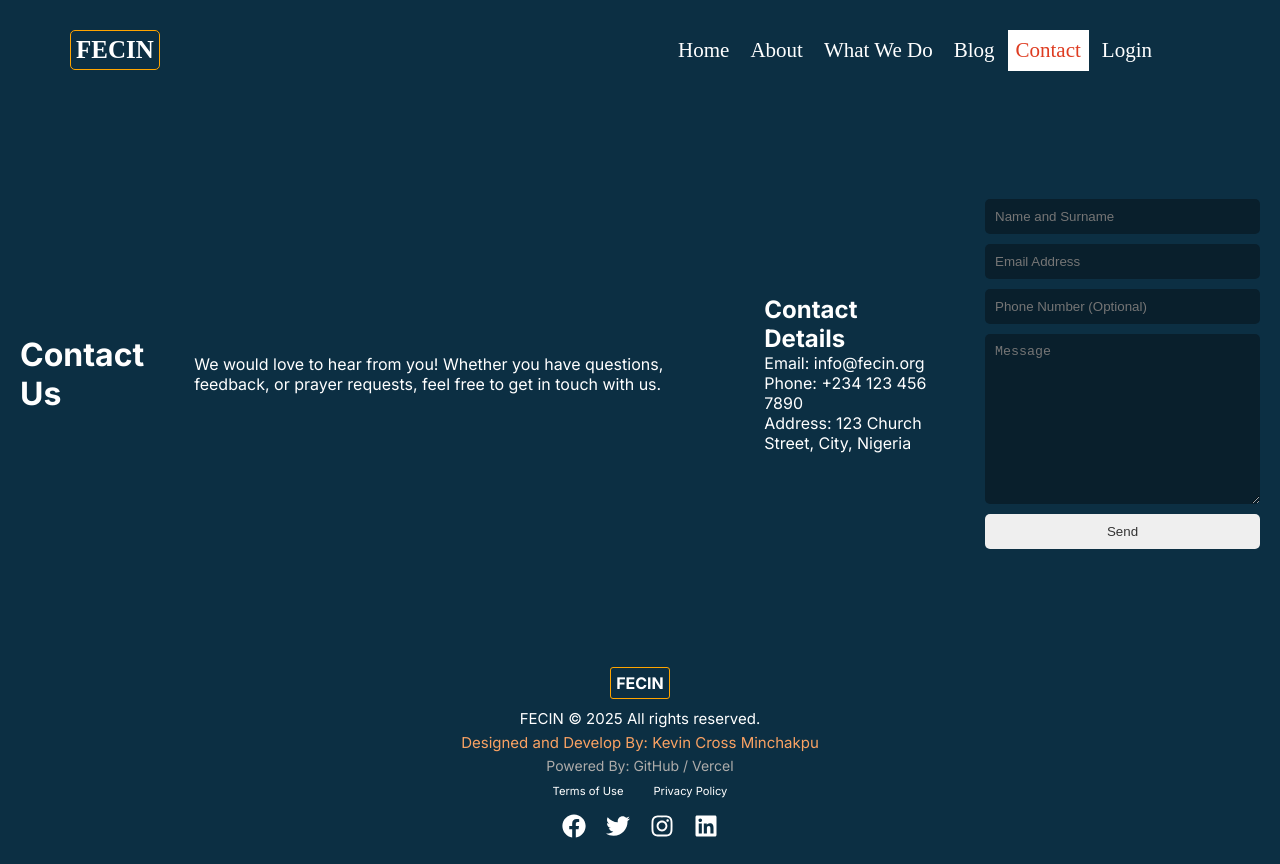
Repository: KCMinchakpu/fecin-projectgs497
Page: /contact
The author's editor kept a copy of each file at every save. The page is drawn from the files as they stood at one save, then again after the next save.
The browser window is 1280 px wide. The pictures show the whole page.
The page's requests for data from a server got no answer. The project was rebuilt for these pictures with package versions that can differ from the ones it lists, and the page was loaded fresh each time. Some packages were replaced by stand-ins written for this rebuild. The framework's server and built-in components were replaced by stand-ins that run in the browser. No one was signed in, and anything a server would have sent is missing. Queries for data that is not in the repository find no rows. Also part of the build but not shown: next.config.mjs.

Above is the page before, as saved 2025-04-12 12:56:41.

After the next save:
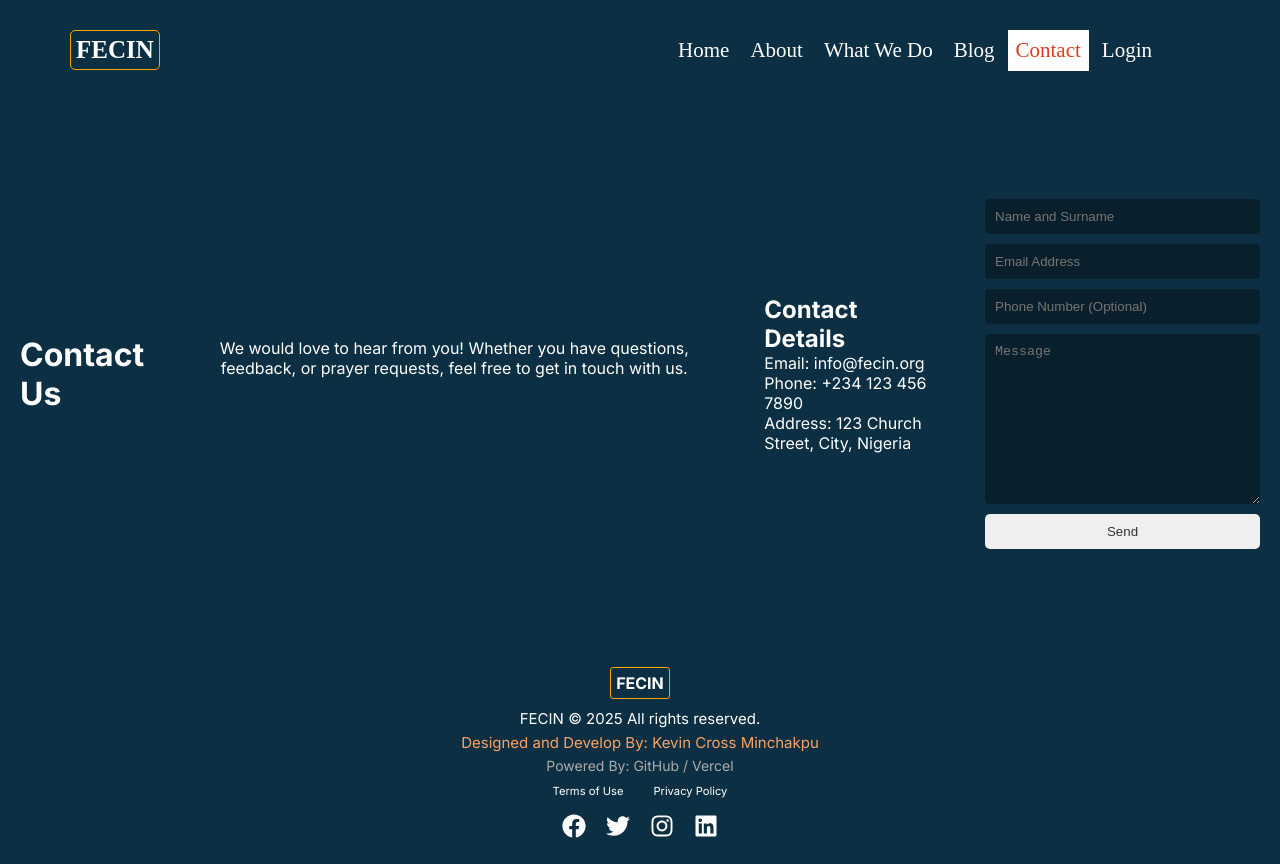
Saved 56 s later.
--- a/src/app/contact/contact.module.css
+++ b/src/app/contact/contact.module.css
@@ -51,3 +51,8 @@
       flex-direction: column;
     }
   }
+
+  .description {
+    text-align: center;
+    margin-bottom: 2rem;
+  }
